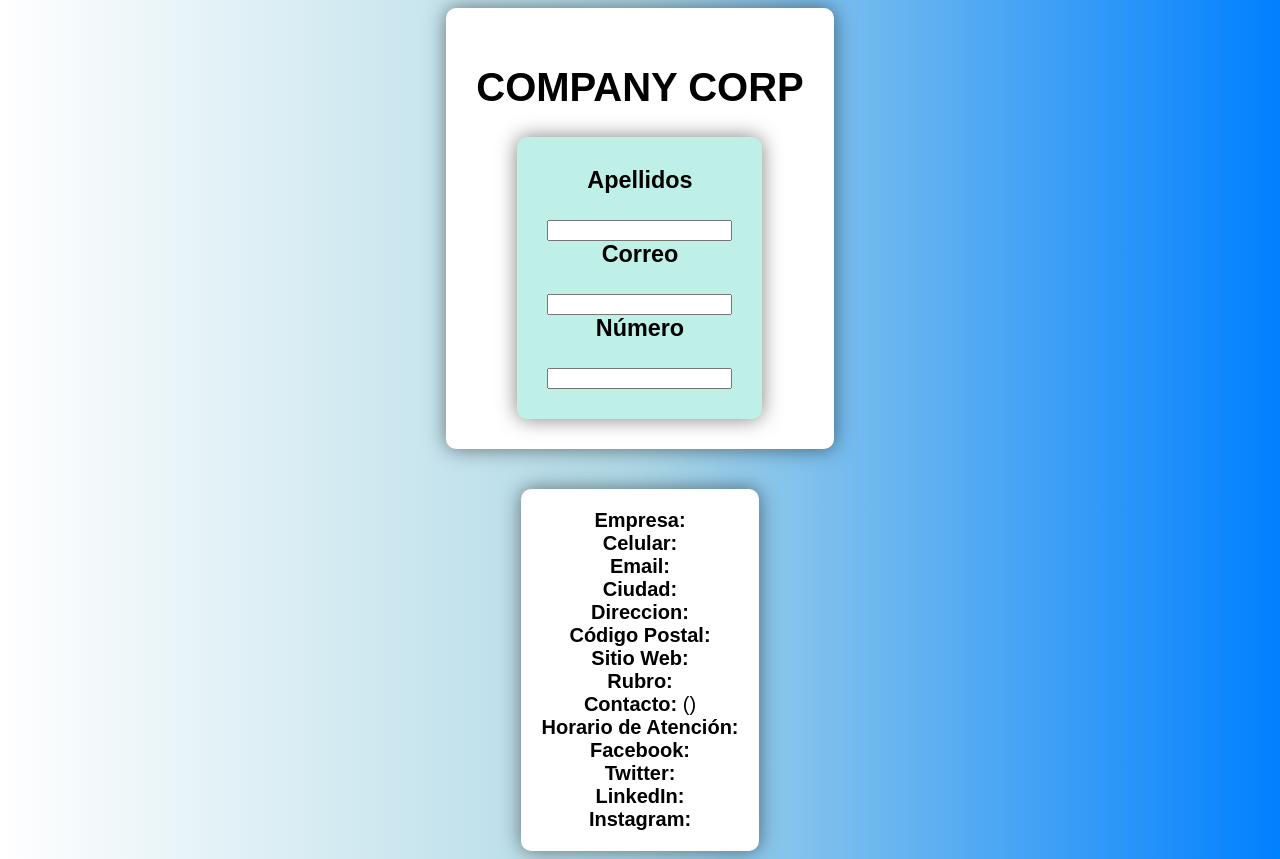
Repository: ANGELEDU141/TAREAWEBEWJASJDASJ
Page: http://localhost/JAVAWEBTAREA/WEB-INF/views/contenido.jsp
The author's editor kept a copy of each file at every save. The page is drawn from the files as they stood at one save, then again after the next save.
The browser window is 1280 px wide. The pictures show the whole page.
The page is served by Tomcat 9. Nobody is signed in. The template is opened directly, without the code that normally fills it, so the values that code supplies are empty.

Above is the page before, as saved 2024-09-01 10:09:01.

After the next save:
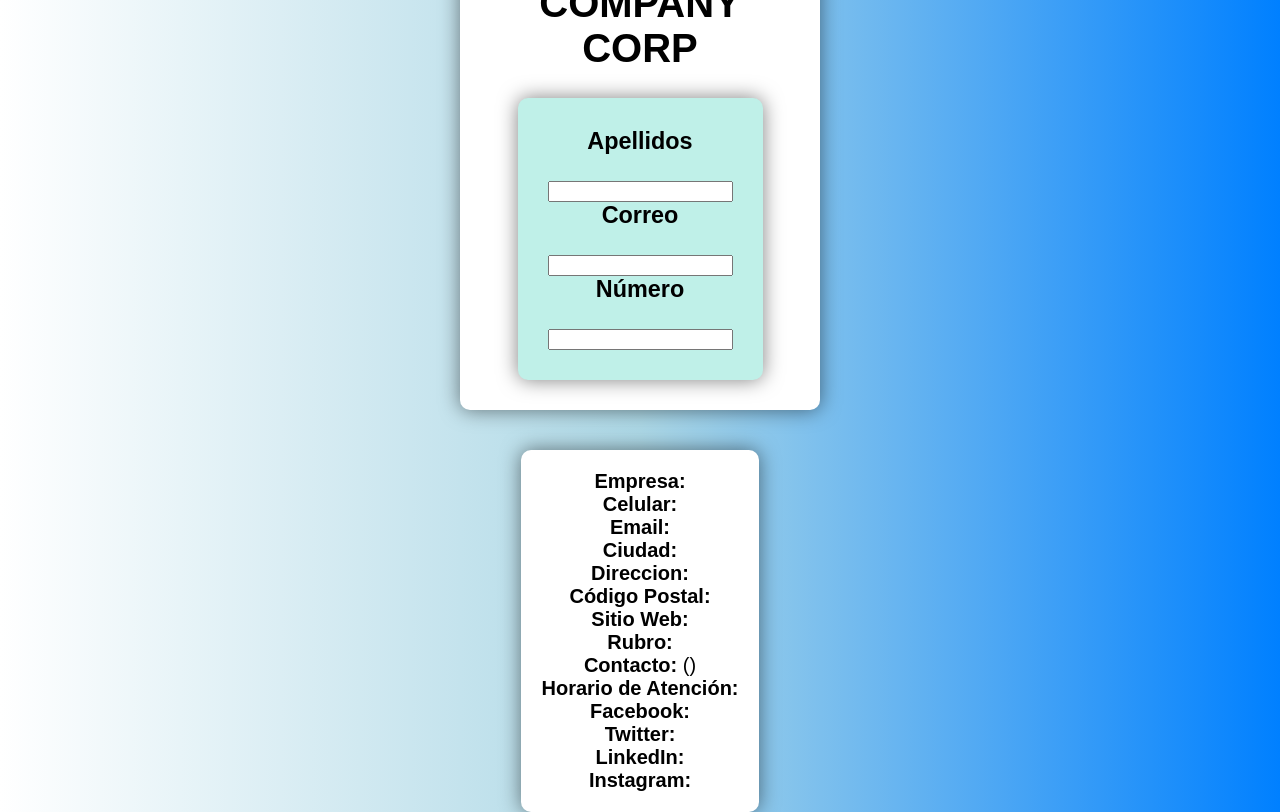
Saved 29 s later.
--- a/JAVAWEBTAREA/src/main/webapp/WEB-INF/views/contenido.jsp
+++ b/JAVAWEBTAREA/src/main/webapp/WEB-INF/views/contenido.jsp
@@ -10,6 +10,7 @@
     body {
 
 
+        height: 100vh;
         display: flex;
         align-items:center;
          flex-direction: column;
@@ -20,6 +21,8 @@
 
     }
     .container {
+
+    	width:300px;
 
         max-width: 600px;
         display:flex;
